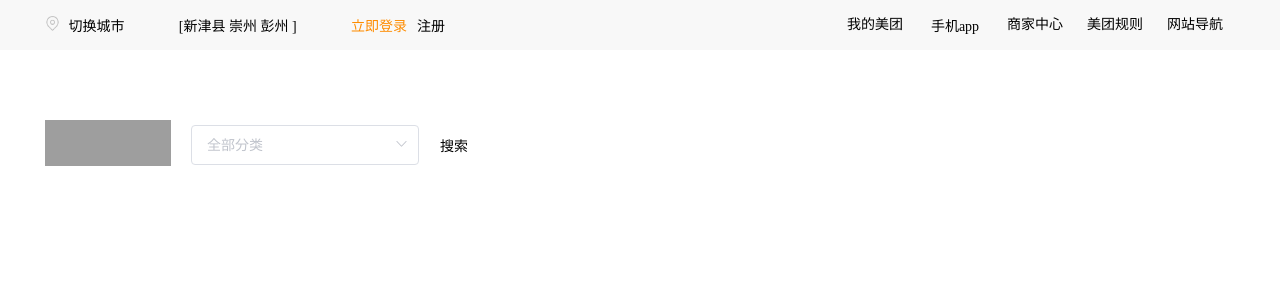
Repository: jinggegeZ/-
Page: /detail
An editor plug-in stored every save of this project. The page is shown before and after the next save, followed by the edit.
The browser window is 1280 px wide. The pictures show the whole page.
Pictures or frames that could not be fetched are drawn as grey boxes. The page's requests for data from a server got no answer. The project was rebuilt for these pictures with package versions that can differ from the ones it lists, and the page was loaded fresh each time. No one was signed in, and anything a server would have sent is missing. Also part of the build but not shown: vue.config.js, src/components/Navigation/Navigation.vue, src/components/navbox/navbox.vue, src/components/Sty/Sty.vue, src/views/Home.vue.

Above is the page before, as saved 2020-08-24 15:48:46.

After the next save:
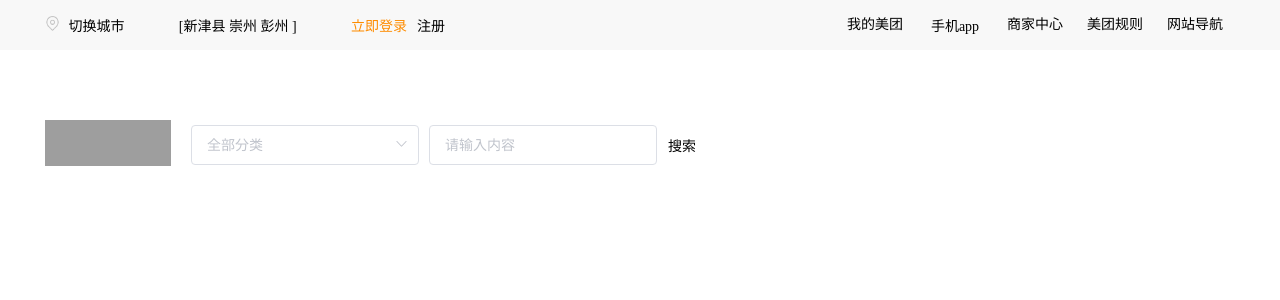
Saved 38 s later.
--- a/src/views/detail/detail.vue
+++ b/src/views/detail/detail.vue
@@ -40,7 +40,11 @@
           </div>
             <!-- 搜索及相关搜索 -->
         <div class="detail-topbox-right">
-            <div></div>
+            <div><el-input
+  placeholder="请输入内容"
+  v-model="input"
+  clearable>
+</el-input></div>
             <div class="detail-topbox-rightbox">搜索</div>
         </div>
         </div>
@@ -62,7 +66,7 @@
       city: "",
       menu: [],
       value: "",
-      flagColor: -1,
+      input:""
     };
   },
   methods: {
